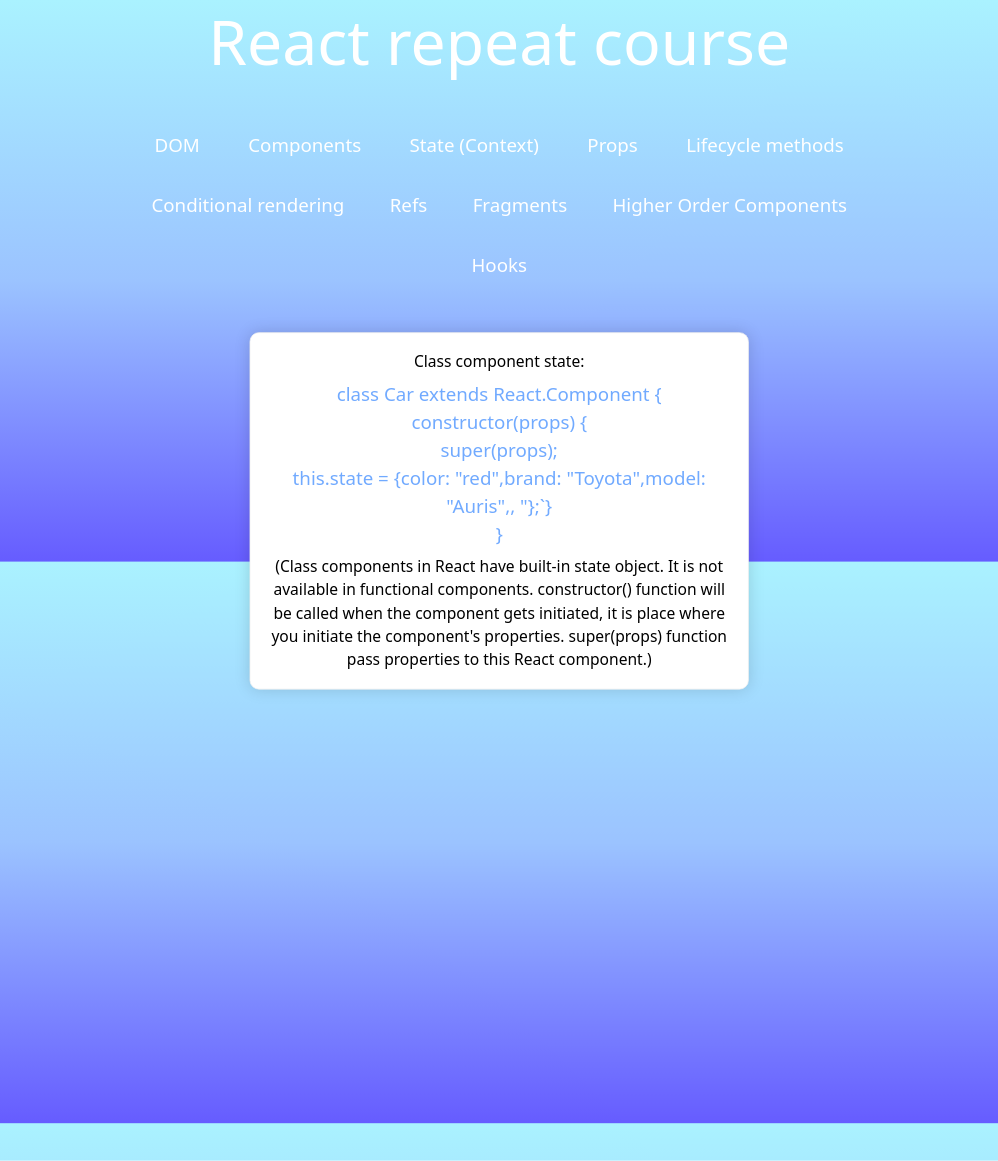
Repository: michalgornicki/github
Page: /#/State
The author's editor kept a copy of each file at every save. The page is drawn from the files as they stood at one save, then again after a run of saves.
The browser window is 1280 px wide. The pictures show the whole page, at 78% of full size.
Backgrounds fixed to the window are drawn as part of the page. The project was rebuilt for these pictures with package versions that can differ from the ones it lists, and the page was loaded fresh each time. Also part of the build but not shown: src/components/dom.jsx, src/components/components.jsx, src/components/props.jsx, src/components/lifecycle.jsx, src/components/conditional.jsx, src/components/refs.jsx, src/components/fragments.jsx, src/components/hoc.jsx and 1 more.

Above is the page before, as saved 2022-02-07 12:56:20.

After the next 3 saves:
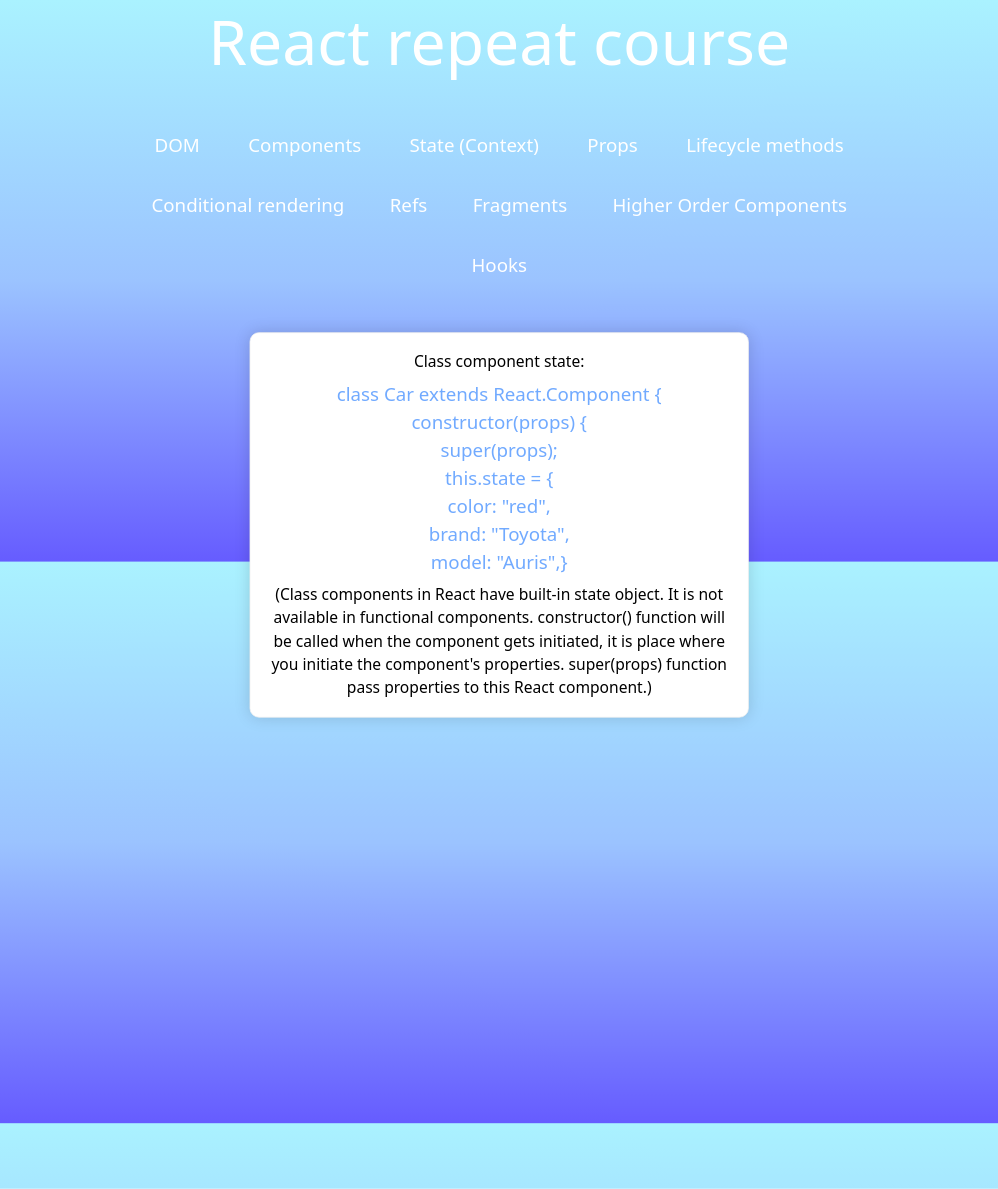
The 3 saves are shown as one change because they came seconds apart.
The last was saved 8 s later.
--- a/src/components/state.jsx
+++ b/src/components/state.jsx
@@ -8,11 +8,10 @@
           {`class Car extends React.Component {`} <br />
           {`constructor(props) {`} <br />
           {`super(props);`}{" "} <br />
-          {`this.state = {`}
-          {`color: "red",`}
-          {`brand: "Toyota",`}
+          {`this.state = {`} <br />
+          {`color: "red",`} <br />
+          {`brand: "Toyota",`} <br />
           {`model: "Auris",`}
-           , "};`}{" "} <br />
           {`}`}{" "}
         </div>{" "}
         (Class components in React have built-in state object. It is not available in functional components. constructor() function will be called when the component gets initiated, it is place where you initiate the component's properties. super(props) function pass properties to this React component.)
